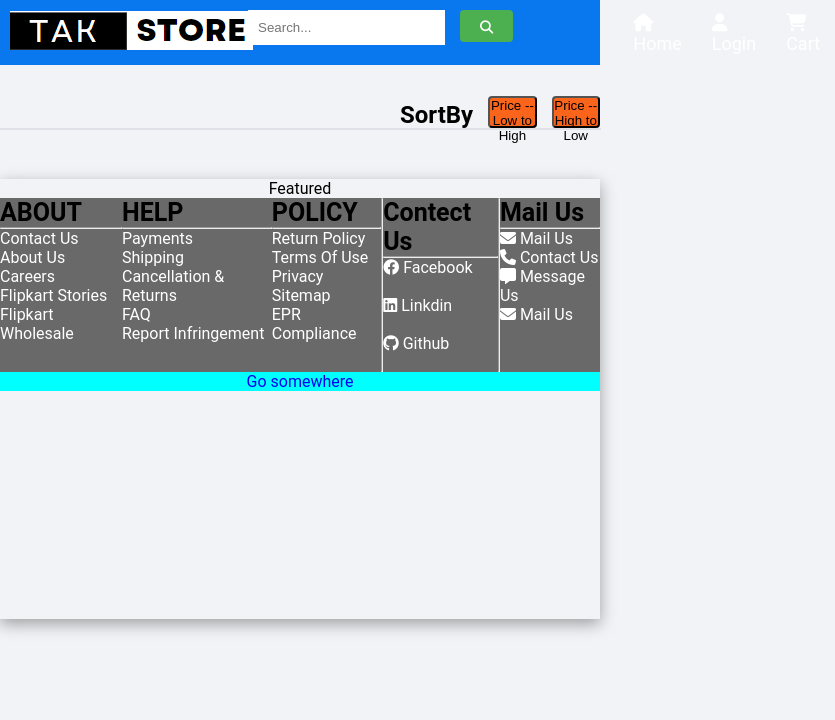
Repository: MSaifKhan01/TAK-Store
Page: PROJECT_Front/electronics.html
These files come from the project's save history. The page is drawn as it stood at one moment and after the next save; the edit follows.
The browser window is 600 px wide. The page is 835 px wide, so the pictures cover 835 px, including what lies to the right of the window. The pictures show the whole page.
The page's requests for data from a server got no answer.

Above is the page before, as saved 2023-07-22 17:13:07.
Console error: TypeError: Cannot read properties of null (reading 'append')

After the next save:
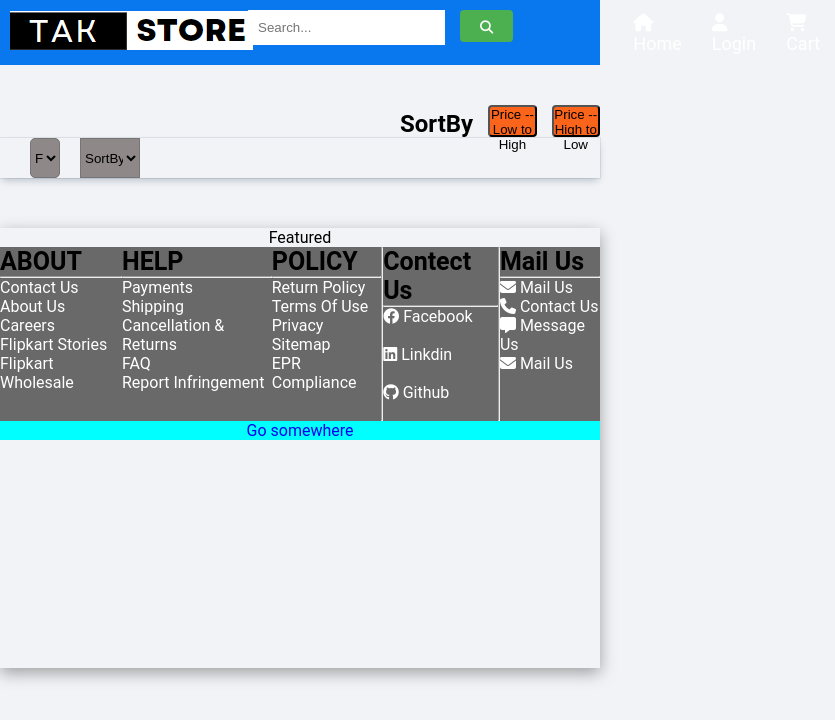
Saved 3 min 16 s later.
--- a/PROJECT_Front/CSS/electronics.css
+++ b/PROJECT_Front/CSS/electronics.css
@@ -10,7 +10,7 @@
     width: 100%;
 }
 
-:root {
+/* :root {
     --primary-color: #2874f0;
 }
 
@@ -19,7 +19,7 @@
 }
 
 /* <---navbar1 ---> start*/
-
+/*
 header {
     background-color: var(--primary-color);
     height: 56px;
@@ -30,13 +30,13 @@
 header .nav-container {
     display: flex;
     /* justify-content: space-between; */
-    align-items: center;
+    /* align-items: center;
     height: 100%;
     max-width: 1248px;
     margin: 0 auto;
-}
-
-header .nav-container .logo {
+} */
+
+/* header .nav-container .logo {
     display: flex;
     min-width: 137px;
     justify-content: flex-end;
@@ -76,7 +76,7 @@
     }
 
     .leftdiv {
-        /* width: 20%; */
+
         display: none;
     }
     footer {
@@ -138,10 +138,10 @@
     visibility: hidden;
     box-shadow: rgba(100, 100, 111, 0.2) 0px 7px 29px 0px;
 
-}
-
-
-.dropbtn {
+} */
+
+
+/* .dropbtn {
     background-color: whitesmoke;
     color: white;
     padding: 16px;
@@ -183,24 +183,24 @@
 
 .show {
     display: block;
-}
-
-header .login {
+} */
+
+/* header .login {
     height: 100%;
     display: flex;
     align-items: center;
     margin: 0 20px;
-}
-
-header .login button {
+} */
+
+/* header .login button {
     width: 122px;
     padding: 5px 40px;
     font-size: 16px;
     font-weight: 600;
     color: var(--primary-color);
-}
-
-header .become-seller {
+} */
+
+/* header .become-seller {
     height: 100%;
     display: flex;
     align-items: center;
@@ -208,9 +208,9 @@
     color: white;
     font-size: 16px;
     font-weight: 500;
-}
-
-header .more {
+} */
+
+/* header .more {
     height: 100%;
     display: flex;
     align-items: center;
@@ -218,25 +218,25 @@
     color: white;
     font-size: 16px;
     font-weight: 500;
-}
-
-header .more svg {
+} */
+
+/* header .more svg {
     margin-left: 8px;
     rotate: -90deg;
-}
-
-header .cart {
-    height: 100%;
-    display: flex;
-    /* position: relative; */
+} */
+
+/* header .cart {
+    height: 100%;
+    display: flex;
+
     align-items: center;
     margin: 0 20px;
     color: white;
-}
-
-header .cart svg {
+} */
+
+/* header .cart svg {
     margin-right: 8px;
-}
+}  */
 
 /* <---navbar1 ---> end*/
 
